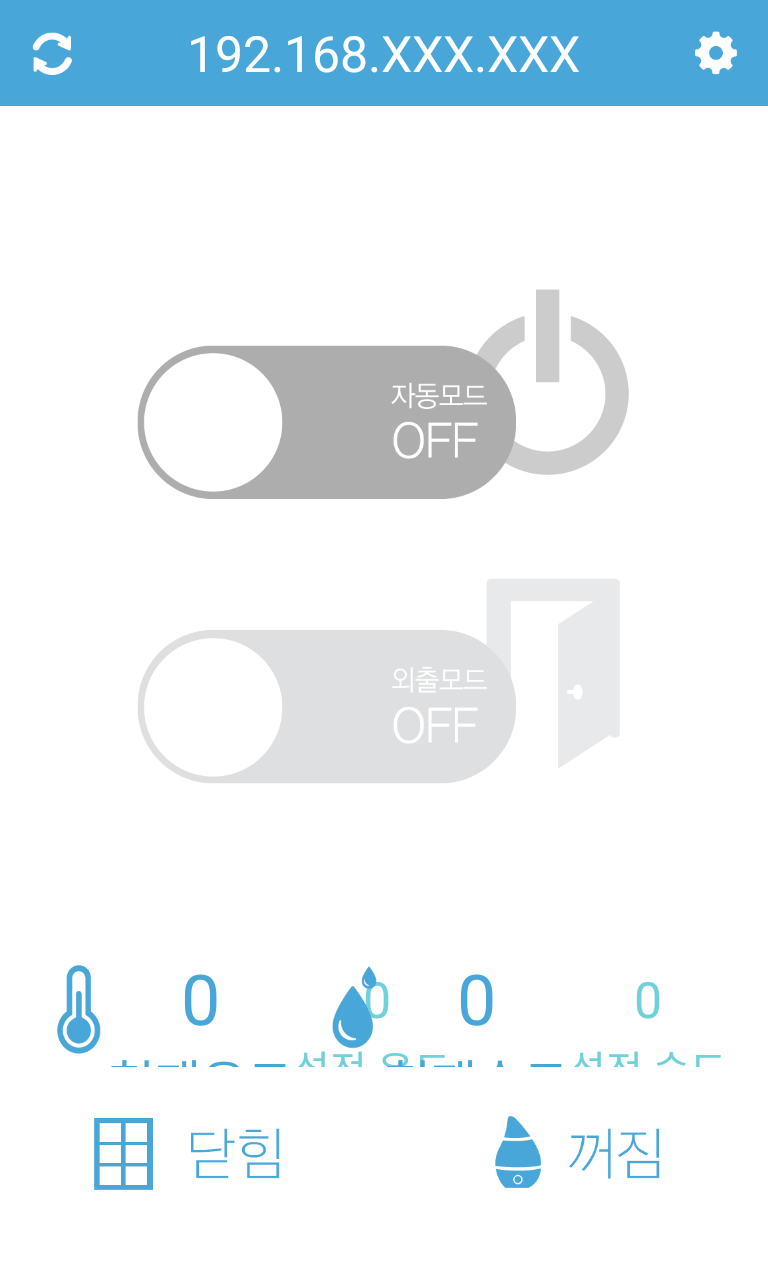
Repository: YeoeunJeong/SinNaYeo
Layout: sny_android/SinNaYeoAndroid/res/layout/activity_sin_na_yeo_main.xml
An editor plug-in stored every save of this project. The layout is shown before and after the next save, followed by the edit.
It is drawn on a 768 x 1280 px phone screen (xhdpi) without system bars, with theme android:Theme.Holo.Light.NoActionBar; the app's code is not run.

Above is the layout before, as saved 2015-09-24 20:38:04.

After the next save:
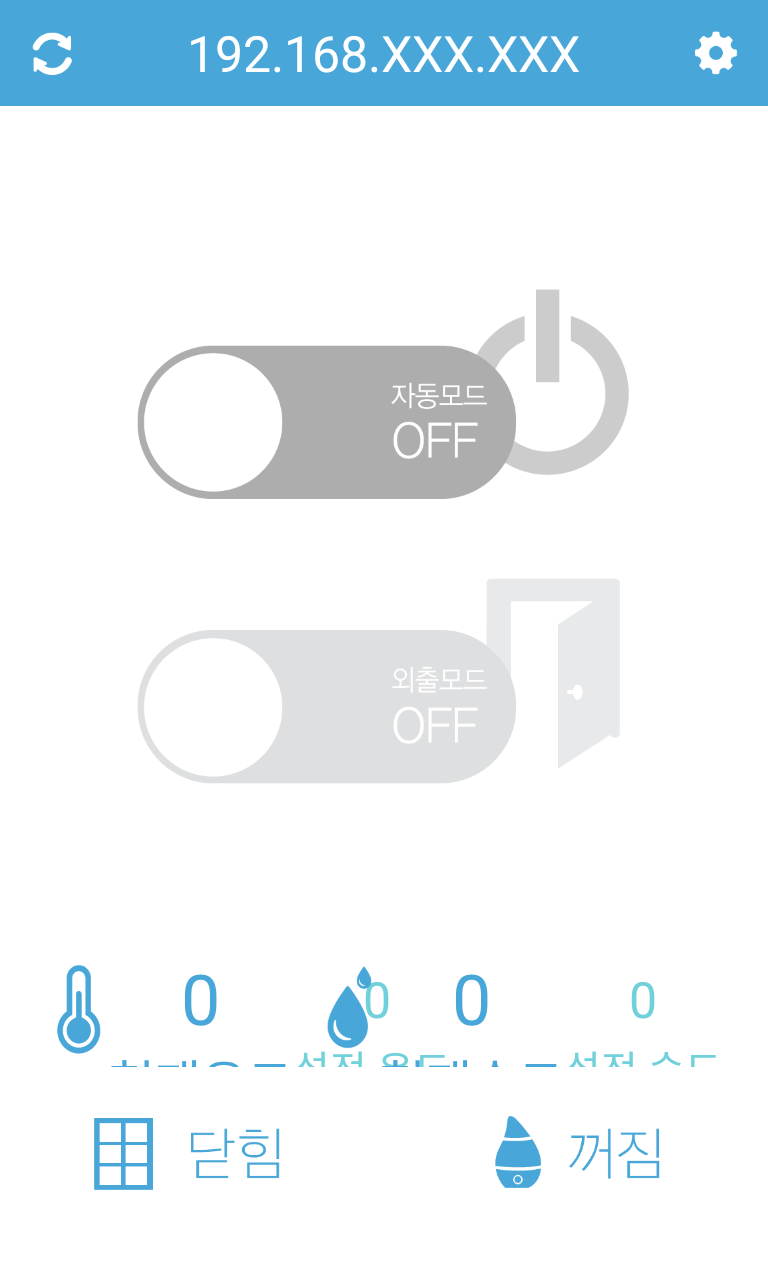
Saved 6 s later.
--- a/sny_android/SinNaYeoAndroid/res/layout/activity_sin_na_yeo_main.xml
+++ b/sny_android/SinNaYeoAndroid/res/layout/activity_sin_na_yeo_main.xml
@@ -172,7 +172,7 @@
             android:layout_above="@id/main_humidifier_btn"
             android:layout_alignParentRight="true"
             android:layout_marginBottom="15.33dp"
-            android:layout_marginRight="20.67dp"
+            android:layout_marginRight="23dp"
             android:orientation="horizontal" >
 
             <ImageView
